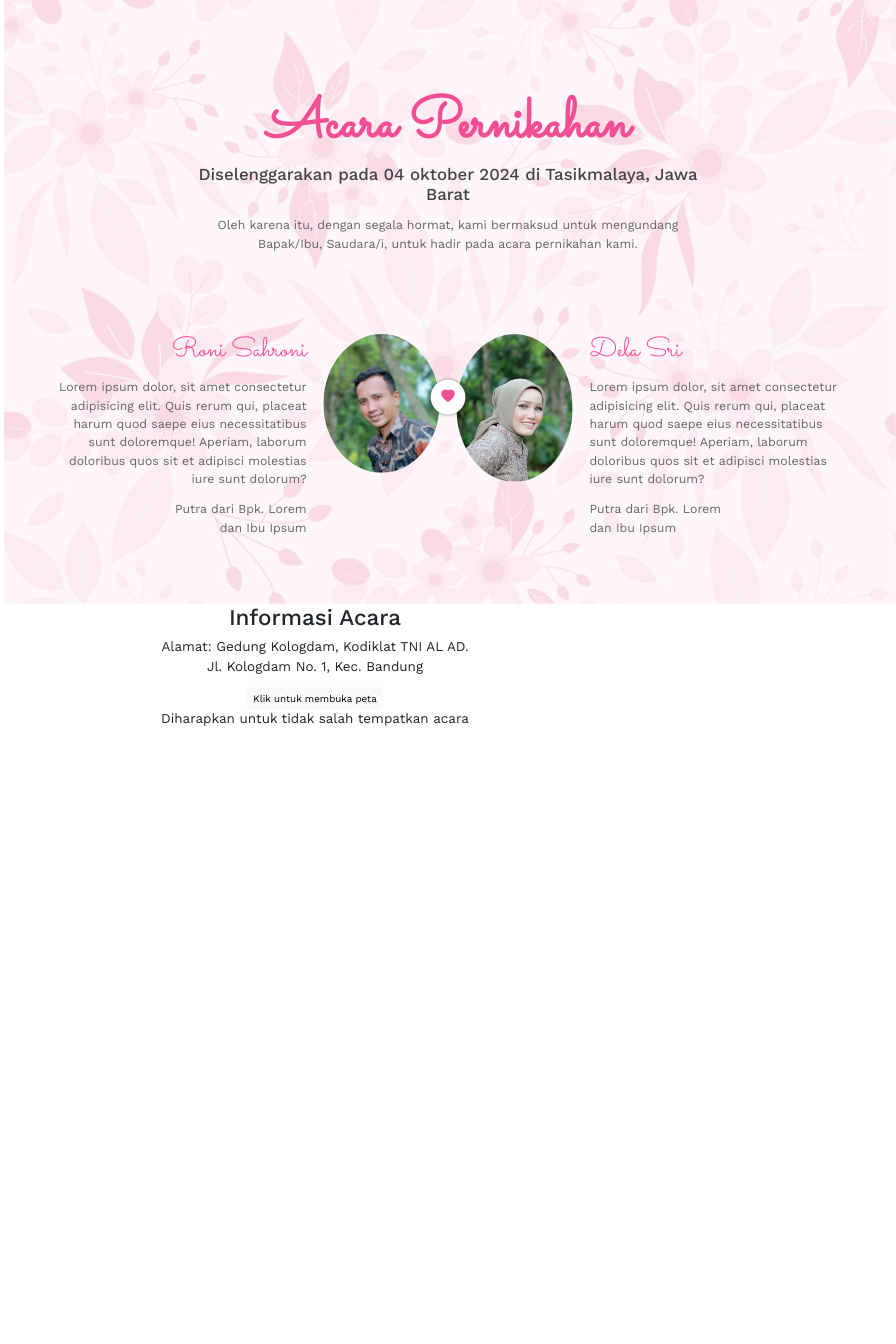
Repository: sellayspy/invitation
Page: index.html
The author's editor kept a copy of each file at every save. The page is drawn from the files as they stood at one save, then again after the next save.
The browser window is 1280 px wide. The pictures show the part of the page from y = 835 to 2755 px (the page is 4000 px tall), at 70% of full size.

Above is the page before, as saved 2024-07-08 16:36:56.

### index.html
<!DOCTYPE html>
<html lang="en">
  <head>
    <meta charset="utf-8" />
    <meta name="viewport" content="width=device-width, initial-scale=1" />
    <title>Dela & Roni</title>
    <link
      href="https://cdn.jsdelivr.net/npm/bootstrap@5.3.3/dist/css/bootstrap.min.css"
      rel="stylesheet"
      integrity="sha384-QWTKZyjpPEjISv5WaRU9OFeRpok6YctnYmDr5pNlyT2bRjXh0JMhjY6hW+ALEwIH"
      crossorigin="anonymous"
    />
    <link rel="preconnect" href="https://fonts.googleapis.com" />
    <link rel="preconnect" href="https://fonts.gstatic.com" crossorigin />
    <link
      href="https://fonts.googleapis.com/css2?family=Sacramento&family=Work+Sans:ital,wght@0,100..900;1,100..900&display=swap"
      rel="stylesheet"
    />

    <!--Simple Coutdown-->
    <link rel="stylesheet" href="coutdown/simplyCountdown.theme.default.css" />
    <script src="coutdown/simplyCountdown.min.js"></script>

    <!--Custom CSS Icon-->
    <link rel="stylesheet" href="https://cdn.jsdelivr.net/npm/bootstrap-icons@1.11.3/font/bootstrap-icons.min.css">

    <link rel="stylesheet" href="style.css" />
  </head>
  <body>
    <section
      id="hero"
      class="hero w-100 h-100 p-3 mx-auto text-center d-flex justify-content-center align-items-center text-white"
    >
      <main>
        <h4>Kepada Bapak/Ibu/Saudara/i,</h4>
        <h1>Dela Sri & Roni</h1>
        <p>Akan melangsungkan resepsi pernikahan dalam:</p>
        <div class="simply-countdown"></div>
        <a href="#undangan" class="btn btn-lg mt-4">Lihat Undangan</a>
      </main>
    </section>

    <nav class="navbar navbar-expand-md bg-transparent sticky-top mynavbar">
      <div class="container">
        <a class="navbar-brand" href="#">Spy</a>
        <button
          class="navbar-toggler border-0"
          type="button"
          data-bs-toggle="offcanvas"
          data-bs-target="#offcanvasNavbar"
          aria-controls="offcanvasNavbar"
          aria-label="Toggle navigation"
        >
          <span class="navbar-toggler-icon"></span>
        </button>
        <div
          class="offcanvas offcanvas-end"
          tabindex="-1"
          id="offcanvasNavbar"
          aria-labelledby="offcanvasNavbarLabel"
        >
          <div class="offcanvas-header">
            <h5 class="offcanvas-title" id="offcanvasNavbarLabel">Spy</h5>
            <button
              type="button"
              class="btn-close"
              data-bs-dismiss="offcanvas"
              aria-label="Close"
            ></button>
          </div>
          <div class="offcanvas-body">
            <div class="navbar-nav ms-auto">
              <a class="nav-link" href="#home">Home</a>
              <a class="nav-link" href="#info">Info</a>
              <a class="nav-link" href="#story">Story</a>
              <a class="nav-link" href="#gallery">Gallery</a>
              <a class="nav-link" href="#rsvp">RSVP</a>
              <a class="nav-link" href="#gift">Gifts</a>
            </div>
          </div>
        </div>
      </div>
    </nav>

    <section id="home" class="home">
      <div class="container">
        <div class="row justify-content-center">
          <div class="col-md-8 text-center">
            <h2>Acara Pernikahan</h2>
            <h3>
              Diselenggarakan pada 04 oktober 2024 di Tasikmalaya, Jawa Barat
            </h3>
            <p>
              Oleh karena itu, dengan segala hormat, kami bermaksud untuk
              mengundang Bapak/Ibu, Saudara/i, untuk hadir pada acara pernikahan
              kami.
            </p>
          </div>
        </div>

        <div class="row couple">
          <div class="col-lg-6">
            <div class="row">
              <div class="col-8 text-end">
                <h3>Roni Sahroni</h3>
                <p>
                  Lorem ipsum dolor, sit amet consectetur adipisicing elit. Quis
                  rerum qui, placeat harum quod saepe eius necessitatibus sunt
                  doloremque! Aperiam, laborum doloribus quos sit et adipisci
                  molestias iure sunt dolorum?
                </p>
                <p>
                  Putra dari Bpk. Lorem <br />
                  dan Ibu Ipsum
                </p>
              </div>
              <div class="col-4">
                <img
                  src="img/Desain tanpa judul (1).jpg"
                  alt="Roni Sahroni"
                  class="img-responsive rounded-circle"
                />
              </div>
            </div>
          </div>

          <span class="heart"><i class="bi bi-heart-fill"></i></span>

          <div class="col-lg-6">
            <div class="row">
              <div class="col-4">
                <img
                  src="img/Desain tanpa judul (2).jpg"
                  alt="Dela Sri"
                  class="img-responsive rounded-circle"
                />
              </div>
              <div class="col-8">
                <h3>Dela Sri</h3>
                </h3>
                <p>
                  Lorem ipsum dolor, sit amet consectetur adipisicing elit. Quis
                  rerum qui, placeat harum quod saepe eius necessitatibus sunt
                  doloremque! Aperiam, laborum doloribus quos sit et adipisci
                  molestias iure sunt dolorum?
                </p>
                <p>
                  Putra dari Bpk. Lorem <br />
                  dan Ibu Ipsum
                </p>
              </div>
            </div>
          </div>
        </div>
      </div>
    </section>

    <section id="info" class="info">
      <div class="container">
        <div class="row">
          <div class="col-md-8 col-10 text-center">
            <h2>Informasi Acara</h2>
            <p class="alamat">Alamat: Gedung Kologdam, Kodiklat TNI AL AD. <br> Jl. Kologdam No. 1, Kec. Bandung</p>
            <a href="https://maps.app.goo.gl/j2RVmCKoAZy6CYFM9" target="_blank" class="btn btn-light btn-sm">Klik untuk membuka peta</a>
            <p class="description">Diharapkan untuk tidak salah tempatkan acara</p>
          </div>
        </div>
      </div>
    </section>

    <script
      src="https://cdn.jsdelivr.net/npm/bootstrap@5.3.3/dist/js/bootstrap.bundle.min.js"
      integrity="sha384-YvpcrYf0tY3lHB60NNkmXc5s9fDVZLESaAA55NDzOxhy9GkcIdslK1eN7N6jIeHz"
      crossorigin="anonymous"
    ></script>

    <script>
      simplyCountdown(".simply-countdown", {
        year: 2024, // required
        month: 10, // required
        day: 4, // required
        hours: 8, // Default is 0 [0-23] integer
        words: {
          //words displayed into the countdown
          days: { singular: "hari", plural: "hari" },
          hours: { singular: "jam", plural: "jam" },
          minutes: { singular: "menit", plural: "menit" },
          seconds: { singular: "detik", plural: "detik" },
        },
      });
    </script>
  </body>
</html>

### coutdown/simplyCountdown.theme.default.css
.simply-countdown {
  overflow: hidden;
  display: table;
  font-family: "Arial", sans-serif;
  margin: auto;
}
.simply-countdown > .simply-section {
  width: 50px;
  height: 50px;
  padding: 80px;
  display: flex;
  align-items: center;
  justify-content: center;
  float: left;
  margin: 10px;
  background: var(--pink);
  box-shadow: 0 1px 3px rgba(0, 0, 0, 0.12), 0 1px 2px rgba(0, 0, 0, 0.24);
  border-radius: 50%;
}
.simply-countdown > .simply-section .simply-amount,
.simply-countdown > .simply-section .simply-word {
  display: block;
  text-align: center;
}
.simply-countdown > .simply-section .simply-amount {
  font-size: 1.6rem;
}

### style.css
:root {
  --pink: #f14e95;

  --bg: #0a0a0a;

  --shadow: 0 2px 2px rgb(0 0 0/ 0.5);
}

body {
  font-size: 1.2rem;
  font-family: "Work Sans", sans-serif;
  min-height: 4000px;
}

.hero::before {
  content: "";
  position: absolute;
  top: 0;
  left: 0;
  height: 100%;
  width: 100%;
  background-image: url(img/gambar-1.jpg);
  background-size: cover;
  background-position: center;
  z-index: -1;
  filter: blur(1px);
}

.hero {
  position: relative;
  min-height: 100vh;
}

.hero h1,
.hero h4,
.hero p {
  text-shadow: var(--shadow);
}

.hero h1 {
  font-family: "Sacramento", cursive;
  font-size: 6rem;
}

.hero h4 {
  font-size: 1.6rem;
}

.hero p {
  font-size: 1.4rem;
}

.hero a {
  color: var(--pink);

  background-color: white;

  box-shadow: var(--shadow);
}

.hero a:hover {
  background-color: var(--pink);
  color: white;
}

.mynavbar {
  background-color: rgba(255, 255, 255, 0.4) !important;
  backdrop-filter: blur(4px);
}

.mynavbar .offcanvas {
  height: 100vh;
}

.mynavbar .navbar-brand,
.mynavbar .offcanvas-title {
  font-family: "Sacramento", cursive;
  font-size: 3.2rem;
  font-weight: bold;
}

.mynavbar .nav-link {
  text-transform: uppercase;
}

.home {
  background-image: url(img/Desain\ tanpa\ judul.png);
  background-size: cover;
  min-height: 100vh;
  margin-top: -6rem;
  padding-top: 15rem;
  padding-bottom: 5rem;
}

.home h2 {
  color: var(--pink);
  font-family: "Sacramento", cursive;
  font-size: 5rem;
  font-weight: bold;
}

.home h3 {
  color: #444;
  font-size: 1.5rem;
  margin-bottom: 1rem;
}

.home p {
  font-size: 1.1rem;
  color: #666;
}

.home .couple {
  margin-top: 100px;
}

.home .couple h3 {
  font-family: "Sacramento";
  font-size: 2.4rem;
  color: var(--pink);
}

.home .couple img {
  width: 100%;
}

.home .heart {
  width: 50px;
  height: 50px;
  background-color: white;
  display: flex;
  border-radius: 50%;
  box-shadow: 0 0 5px rgba(0, 0, 0, 0.5);
  position: absolute;
  left: 50%;
  transform: translateX(-50%) translateY(65px);
}

.home .heart i {
  margin: auto;
  color: var(--pink);
}

/* Media Query */

/* Extra large devices (large laptops and desktops, 1200px and up) */

@media (max-width: 1200px) {
  .home .heart {
    transform: translateX(-50%) translateY(45px);
  }
}

/* Laptop */
@media (max-width: 992px) {
  html {
    font-size: 75%;
  }
  .simply-countdown > .simply-section {
    padding: 70px;
  }

  .home .heart {
    display: none;
  }
}

/* Tablet */
@media (max-width: 768px) {
  html {
    font-size: 65%;
  }
  .simply-countdown > .simply-section {
    padding: 60px;
    margin: 5px;
  }

  .mynavbar .nav-link {
    font-size: 2rem;
    text-align: center;
  }
}

/* mobile phone */
@media (max-width: 576px) {
  html {
    font-size: 55%;
  }
  .simply-countdown > .simply-section {
    padding: 45px;
    margin: 3px;
  }
}

Loaded but not shown: coutdown/simplyCountdown.min.js (library)

After the next save:
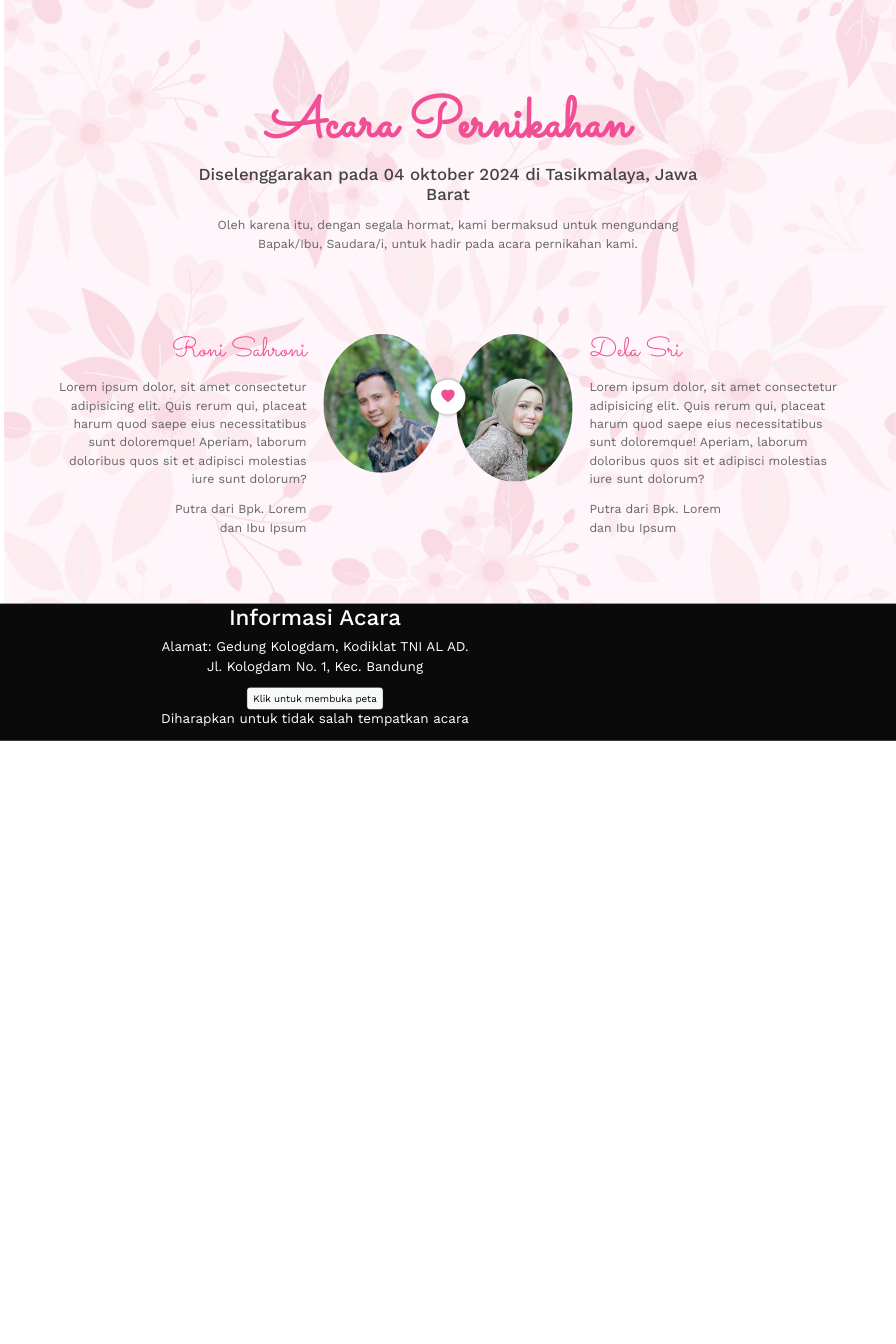
Saved 2 min 15 s later.
--- a/style.css
+++ b/style.css
@@ -141,6 +141,12 @@ body {
   color: var(--pink);
 }
 
+.info {
+  background-color: var(--bg);
+  color: white;
+  padding-top: ;
+}
+
 /* Media Query */
 
 /* Extra large devices (large laptops and desktops, 1200px and up) */
